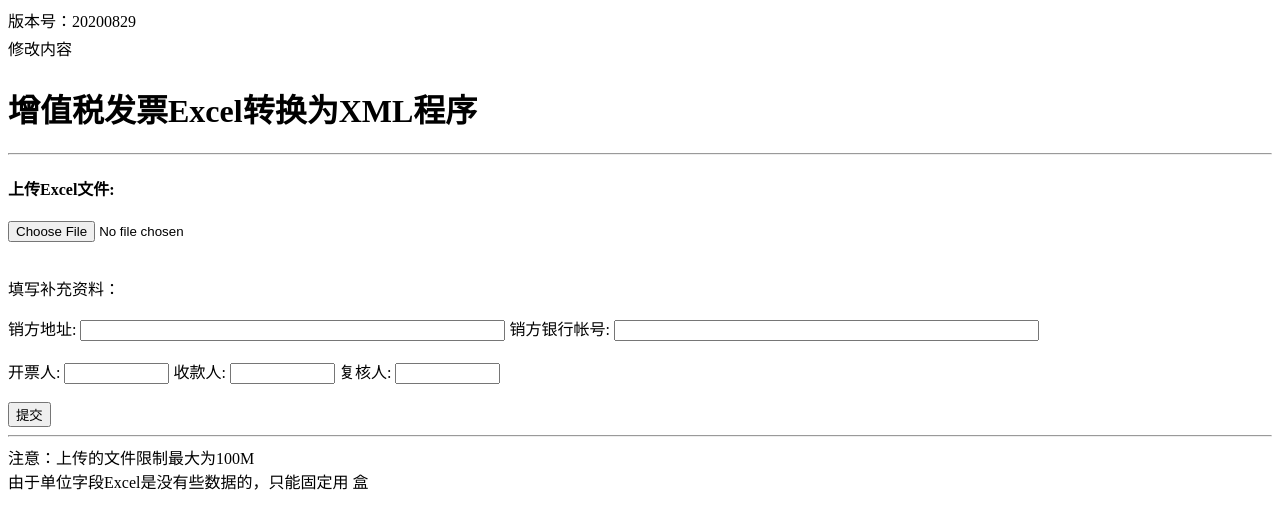
Repository: SFGuile/learnSpringapp
Page: http://localhost/demo/home.jsp
The author's editor kept a copy of each file at every save. The page is drawn from the files as they stood at one save, then again after the next save.
The browser window is 1280 px wide. The pictures show the whole page.
The page is served by Tomcat 9.

Above is the page before, as saved 2020-08-29 01:36:14.

After the next save:
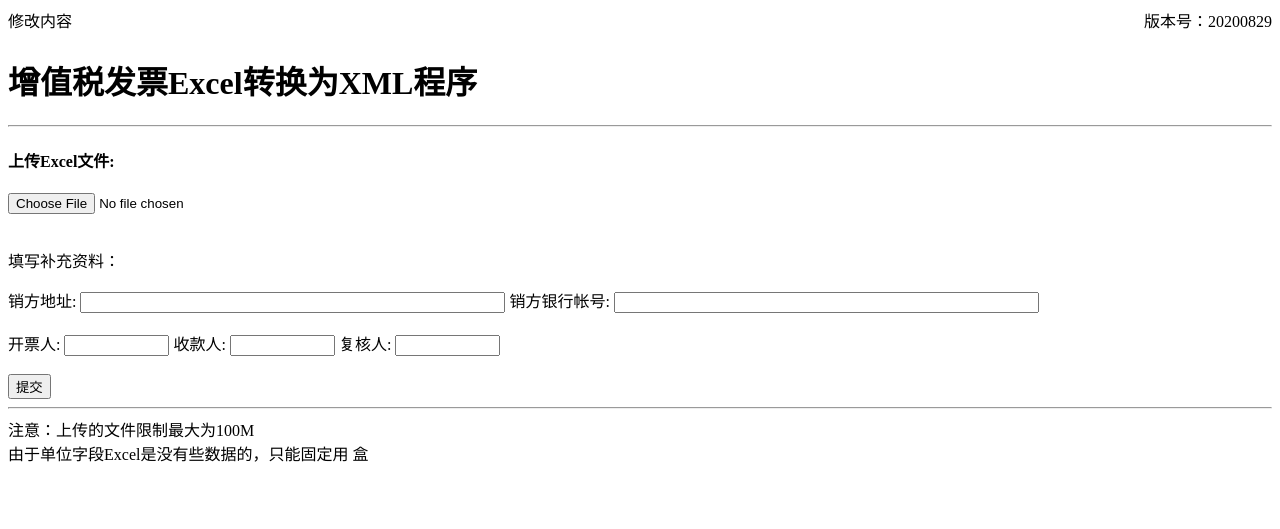
Saved 2 min 56 s later.
--- a/demo/src/main/webapp/home.jsp
+++ b/demo/src/main/webapp/home.jsp
@@ -10,8 +10,8 @@
 <body>
 
  <div style="position: relative;width:100%;">
-    <div style="position:relative;right:0px;width:25%;height:28px;">
-                    版本号：20200829</br>
+    <span style="float:right;">   版本号：20200829</br></span>
+
     </div>
 
     <div style="position:relative;right:0px;width:25%;height:28px;">
